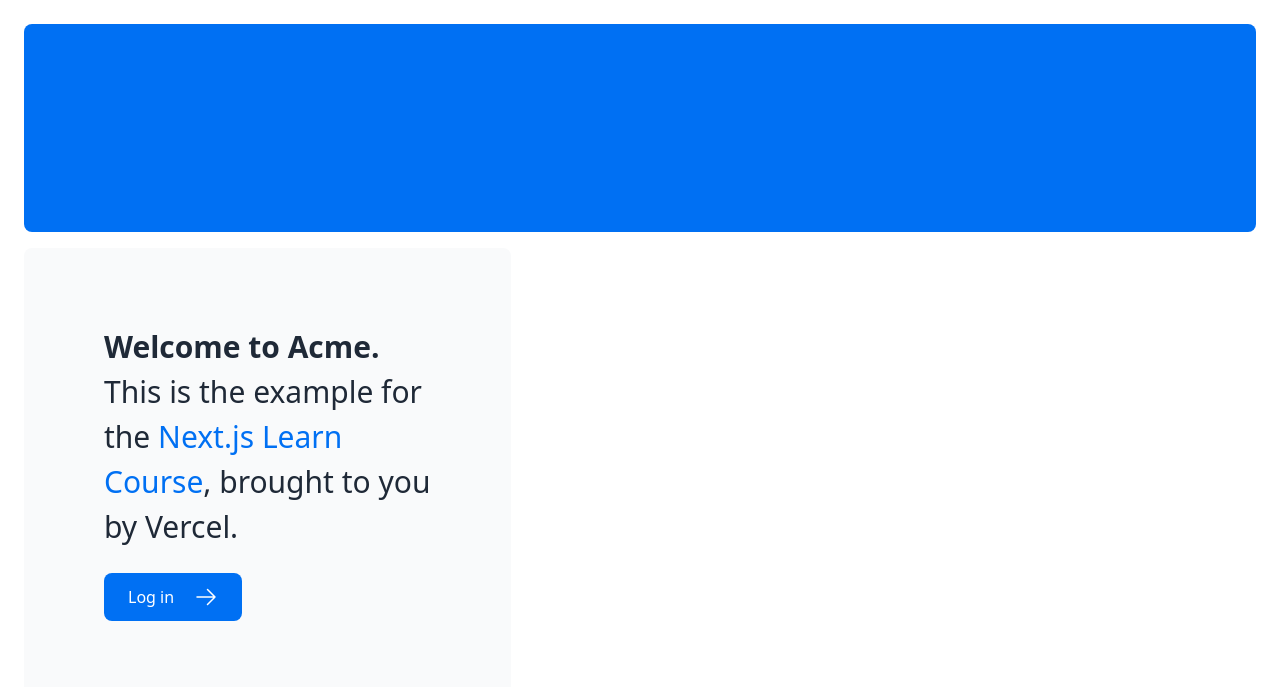
Repository: ShifanaFacts/NextjsTest1
Page: /
An editor plug-in stored every save of this project. The page is shown before and after the next save, followed by the edit.
The browser window is 1280 px wide. The pictures show the whole page.
The project was rebuilt for these pictures with package versions that can differ from the ones it lists, and the page was loaded fresh each time. The framework's server and built-in components were replaced by stand-ins that run in the browser. Also part of the build but not shown: next.config.js.

Above is the page before, as saved 2023-11-07 15:52:27.

### app/page.tsx
import AcmeLogo from '@/app/ui/acme-logo';
import { ArrowRightIcon } from '@heroicons/react/24/outline';
import Link from 'next/link';

export default function Page() {
  return (
    <main className="flex min-h-screen flex-col p-6">
      <div className="flex h-20 shrink-0 items-end rounded-lg bg-blue-500 p-4 md:h-52">
        {/* <AcmeLogo /> */}
      </div>
      <div className="mt-4 flex grow flex-col gap-4 md:flex-row">
        <div className="flex flex-col justify-center gap-6 rounded-lg bg-gray-50 px-6 py-10 md:w-2/5 md:px-20">
          <p className={`text-xl text-gray-800 md:text-3xl md:leading-normal`}>

            <strong>Welcome to Acme.</strong> This is the example for the{' '}
            <a href="https://nextjs.org/learn/" className="text-blue-500">
              Next.js Learn Course
            </a>
            , brought to you by Vercel.
          </p>

          <Link
            href="/login"
            className="flex items-center gap-5 self-start rounded-lg bg-blue-500 px-6 py-3 text-sm font-medium text-white transition-colors hover:bg-blue-400 md:text-base"
          >
            <span>Log in</span> <ArrowRightIcon className="w-5 md:w-6" />
          </Link>
        </div>
        <div className="flex items-center justify-center p-6 md:w-3/5 md:px-28 md:py-12">
          {/* Add Hero Images Here */}
        </div>
      </div>
    </main>
  );
}

Loaded but not shown: app/layout.tsx (common file); app/ui/global.css (common file); tailwind.config.ts (common file)

After the next save:
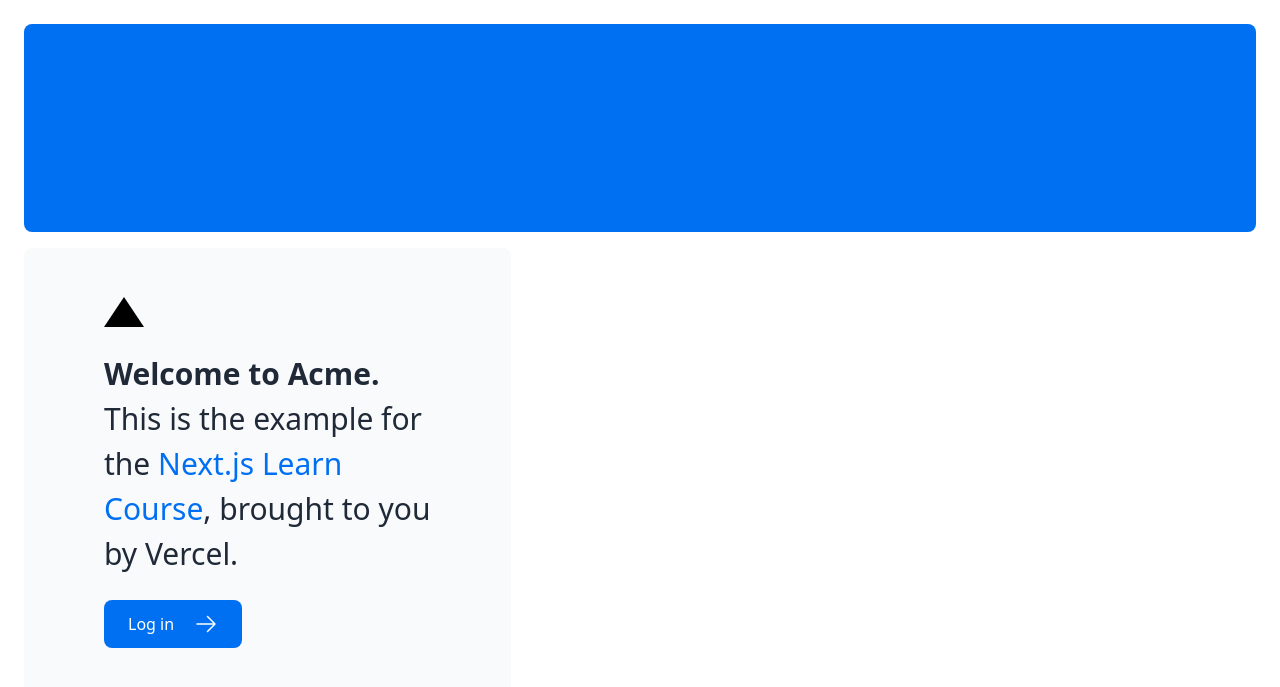
Saved 60 s later.
--- a/app/page.tsx
+++ b/app/page.tsx
@@ -10,6 +10,9 @@
       </div>
       <div className="mt-4 flex grow flex-col gap-4 md:flex-row">
         <div className="flex flex-col justify-center gap-6 rounded-lg bg-gray-50 px-6 py-10 md:w-2/5 md:px-20">
+        <div
+  className="h-0 w-0 border-b-[30px] border-l-[20px] border-r-[20px] border-b-black border-l-transparent border-r-transparent"
+/>
           <p className={`text-xl text-gray-800 md:text-3xl md:leading-normal`}>
 
             <strong>Welcome to Acme.</strong> This is the example for the{' '}

After the save that followed:
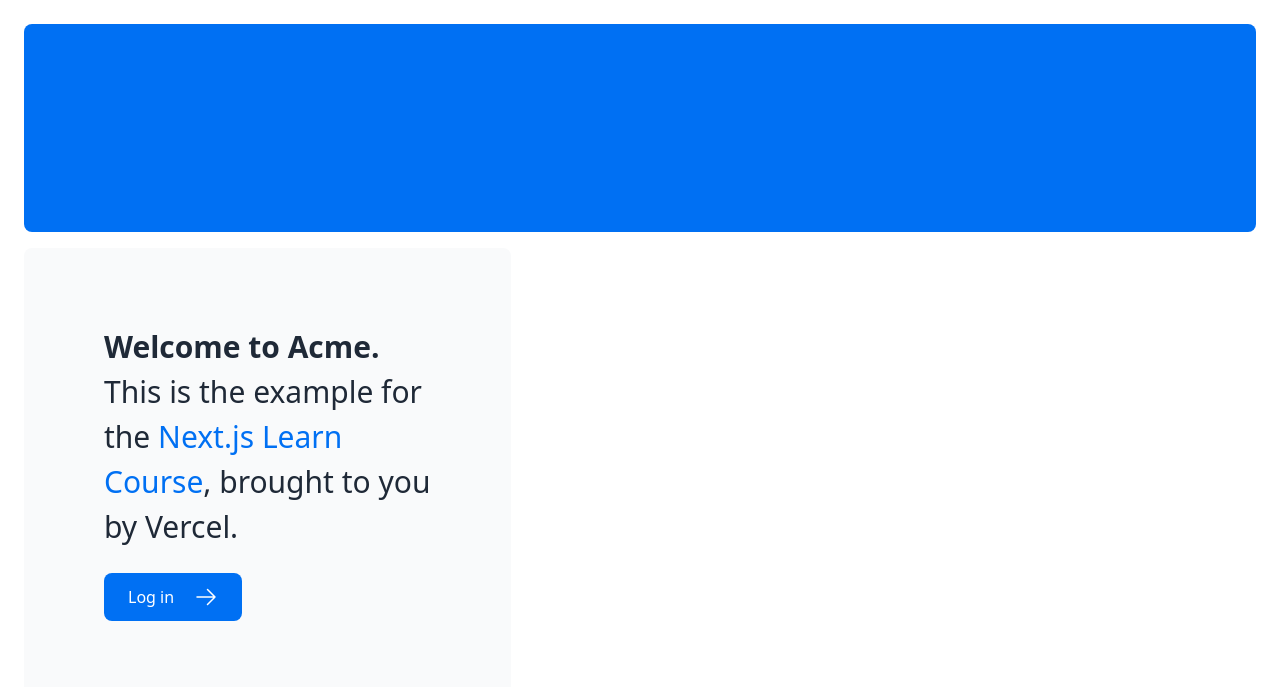
Saved 10 s later.
--- a/app/page.tsx
+++ b/app/page.tsx
@@ -10,9 +10,7 @@
       </div>
       <div className="mt-4 flex grow flex-col gap-4 md:flex-row">
         <div className="flex flex-col justify-center gap-6 rounded-lg bg-gray-50 px-6 py-10 md:w-2/5 md:px-20">
-        <div
-  className="h-0 w-0 border-b-[30px] border-l-[20px] border-r-[20px] border-b-black border-l-transparent border-r-transparent"
-/>
+
           <p className={`text-xl text-gray-800 md:text-3xl md:leading-normal`}>
 
             <strong>Welcome to Acme.</strong> This is the example for the{' '}
